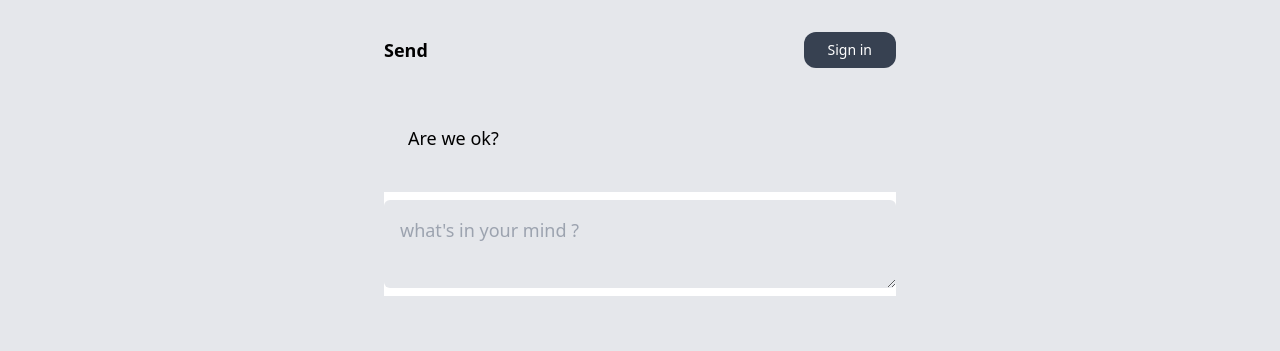
Repository: fatemesoleymanian/react
Page: / (app in next--experimental/postit/)
The author's editor kept a copy of each file at every save. The page is drawn from the files as they stood at one save, then again after the next save.
The browser window is 1280 px wide. The pictures show the whole page.
The page's requests for data from a server got no answer. The project was rebuilt for these pictures with package versions that can differ from the ones it lists, and the page was loaded fresh each time. The framework's server and built-in components were replaced by stand-ins that run in the browser. No one was signed in, and anything a server would have sent is missing. Also part of the build but not shown: next--experimental/postit/next.config.js, next--experimental/postit/app/components/auth/Logged.tsx.

Above is the page before, as saved 2023-02-26 15:51:53.

### next--experimental/postit/app/layout.jsx
// change this page postfix to .jsx because it fixs the importing Nav component tha was asyn

import Nav from './components/auth/Nav'
import './globals.css'
import {Roboto} from 'next/font/google';

const roboto = Roboto({
  subsets : ['latin'],
  weight : ["400" , "700"],
  variable : "--font-roboto",
})

export const metadata = {
  title: 'Full stack app',
  description: 'Developed by Honeloper',
}

export default function RootLayout({
  children,
}) {
  return (
    <html lang="en">
      <body className={`mx-4 md:mx-48 xl:mx-96 ${roboto.variable} bg-gray-200`}>
        <Nav />
        {children}
        </body>
    </html>
  )
}

### next--experimental/postit/app/page.tsx
'use client';
import AddPost from "./components/AddPost";

export default function Home() {
  return (
    <main>
      <h1 className="text-lg p-6">Are we ok?</h1>
      <AddPost />
    </main>
  )
}

### next--experimental/postit/app/components/auth/Nav.tsx
import Link from "next/link";
import Login from "./Login";
import { getServerSession } from "next-auth/next";
import { authOptions } from "../../../pages/api/auth/[...nextauth]";
import Logged from "./Logged";

export default async function Nav(){
const session = await getServerSession(authOptions);
console.log(session)

    return(
        <nav className="flex justify-between items-center py-8 ">
            <Link href={'/'}>
                <h1 className="font-bold text-lg">Send</h1>
            </Link>
            <ul className="flex items-center gap-6">
                {!session?.user && <Login />}
                {session?.user && <div><h6>Hi {session.user.name}! </h6><Logged image={session.user?.image || ""} /> </div>}
            </ul>
        </nav>
    )
}

### next--experimental/postit/app/globals.css
@tailwind base;
@tailwind components;
@tailwind utilities;

:root {
  --max-width: 1100px;
  --border-radius: 12px;
  --font-mono: ui-monospace, Menlo, Monaco, 'Cascadia Mono', 'Segoe UI Mono',
    'Roboto Mono', 'Oxygen Mono', 'Ubuntu Monospace', 'Source Code Pro',
    'Fira Mono', 'Droid Sans Mono', 'Courier New', monospace;

  --foreground-rgb: 0, 0, 0;
  --background-start-rgb: 214, 219, 220;
  --background-end-rgb: 255, 255, 255;

  --primary-glow: conic-gradient(
    from 180deg at 50% 50%,
    #16abff33 0deg,
    #0885ff33 55deg,
    #54d6ff33 120deg,
    #0071ff33 160deg,
    transparent 360deg
  );
  --secondary-glow: radial-gradient(
    rgba(255, 255, 255, 1),
    rgba(255, 255, 255, 0)
  );

  --tile-start-rgb: 239, 245, 249;
  --tile-end-rgb: 228, 232, 233;
  --tile-border: conic-gradient(
    #00000080,
    #00000040,
    #00000030,
    #00000020,
    #00000010,
    #00000010,
    #00000080
  );

  --callout-rgb: 238, 240, 241;
  --callout-border-rgb: 172, 175, 176;
  --card-rgb: 180, 185, 188;
  --card-border-rgb: 131, 134, 135;
}

@media (prefers-color-scheme: dark) {
  :root {
    --foreground-rgb: 255, 255, 255;
    --background-start-rgb: 0, 0, 0;
    --background-end-rgb: 0, 0, 0;

    --primary-glow: radial-gradient(rgba(1, 65, 255, 0.4), rgba(1, 65, 255, 0));
    --secondary-glow: linear-gradient(
      to bottom right,
      rgba(1, 65, 255, 0),
      rgba(1, 65, 255, 0),
      rgba(1, 65, 255, 0.3)
    );

    --tile-start-rgb: 2, 13, 46;
    --tile-end-rgb: 2, 5, 19;
    --tile-border: conic-gradient(
      #ffffff80,
      #ffffff40,
      #ffffff30,
      #ffffff20,
      #ffffff10,
      #ffffff10,
      #ffffff80
    );

    --callout-rgb: 20, 20, 20;
    --callout-border-rgb: 108, 108, 108;
    --card-rgb: 100, 100, 100;
    --card-border-rgb: 200, 200, 200;
  }
}

* {
  box-sizing: border-box;
  padding: 0;
  margin: 0;
}

html,
body {
  max-width: 100vw;
  overflow-x: hidden;
}

body {
  color: black;
}

a {
  color: inherit;
  text-decoration: none;
}

@media (prefers-color-scheme: dark) {

}

### next--experimental/postit/app/components/AddPost.tsx
'use client';

import { useState } from "react";

export default function AddPost(){
    const [title , setTitle] = useState('');

    return(
        <form className="bg-white">
            <div className="flex flex-col my-4">
                <textarea name="title " id="title"
                value={title}
                onChange={(e)=> setTitle(e.target.value) }
                placeholder="what's in your mind ? "
                className="p-4 text-lg rounded-md my-2 bg-gray-200">
                </textarea>
            </div>
        </form>
    )
}

### next--experimental/postit/app/components/auth/Login.tsx
'use client';

import { signIn } from "next-auth/react";

export default function Login(){
    return(
        <li className="list-none">
            <button className="text-sm bg-gray-700 text-white py-2 px-6 rounded-xl disabled:opacity-25"
             onClick={()=> signIn()}>Sign in</button>
        </li>
    )
}

### next--experimental/postit/pages/api/auth/[...nextauth].js
import NextAuth from "next-auth"
import GoogleProvider from "next-auth/providers/google"
import { PrismaAdapter } from "@next-auth/prisma-adapter"
import prisma from "../../../prisma/client"

export const authOptions = {
    adapter: PrismaAdapter(prisma),
    providers: [
      GoogleProvider({
        clientId: process.env.GOOGLE_CLIENT_ID,
        clientSecret: process.env.GOOGLE_CLIENT_SECRET,
      }),
    ],
  }

  export default NextAuth(authOptions)

### next--experimental/postit/prisma/client.ts
import { PrismaClient } from '@prisma/client';

const client = globalThis.prisma || new PrismaClient()
if(process.env.NODE_ENV !== "production") globalThis.prisma = client

export default client

### next--experimental/postit/tailwind.config.js
/** @type {import('tailwindcss').Config} */
module.exports = {
  content: [
    "./app/**/*.{js,ts,jsx,tsx}",
    "./pages/**/*.{js,ts,jsx,tsx}",
    "./components/**/*.{js,ts,jsx,tsx}",
  ],
  theme: {
    extend: {
      fontFamily:{
        roboto:["var(--font-roboto)"]
      },
    },
  },
  plugins: [],
}

After the next save:
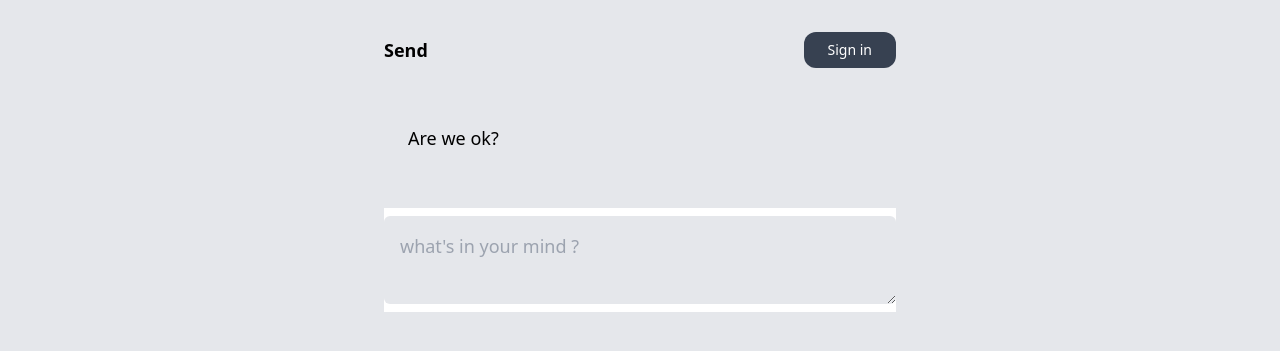
Saved 17 s later.
--- a/next--experimental/postit/app/components/AddPost.tsx
+++ b/next--experimental/postit/app/components/AddPost.tsx
@@ -6,7 +6,7 @@ export default function AddPost(){
     const [title , setTitle] = useState('');
 
     return(
-        <form className="bg-white">
+        <form className="bg-white my-8">
             <div className="flex flex-col my-4">
                 <textarea name="title " id="title"
                 value={title}
